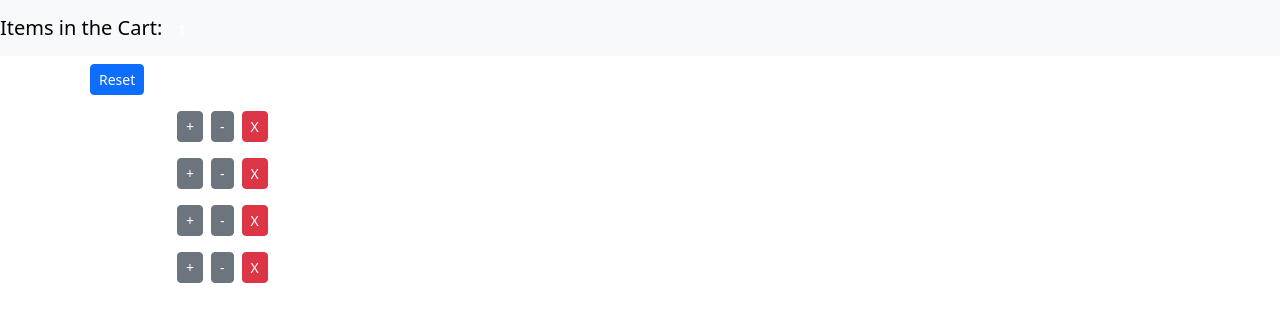
Repository: Edes2128/MovieTable-pagination-filter-sorting-in-React
Page: /
An editor plug-in stored every save of this project. The page is shown before and after a run of saves, followed by the edit.
The browser window is 1280 px wide. The pictures show the whole page.
The project was rebuilt for these pictures with package versions that can differ from the ones it lists, and the page was loaded fresh each time. Also part of the build but not shown: src/App.css.

Above is the page before, as saved 2020-06-16 00:15:55.

### public/index.html
<!DOCTYPE html>
<html lang="en">
  <head>
    <meta charset="utf-8" />
    <link rel="icon" href="%PUBLIC_URL%/favicon.ico" />
    <meta name="viewport" content="width=device-width, initial-scale=1" />
    <meta name="theme-color" content="#000000" />
    <meta
      name="description"
      content="Web site created using create-react-app"
    />
    <link rel="apple-touch-icon" href="%PUBLIC_URL%/logo192.png" />

    <link rel="manifest" href="%PUBLIC_URL%/manifest.json" />

    <title>React App</title>
  </head>
  <body>
    <noscript>You need to enable JavaScript to run this app.</noscript>
    <div id="root"></div>
</html>

### src/index.js
import React from 'react';
import ReactDOM from 'react-dom';
import './index.css';
import 'bootstrap/dist/css/bootstrap.css';
import App from './App'
import 'font-awesome/css/font-awesome.css'
//

ReactDOM.render(
  <React.StrictMode>
    <App />
  </React.StrictMode>,
  document.getElementById('root')
);

### src/App.js
import React , {Component,Fragment}from 'react';
import './App.css';
//import Movies from './components/movies';
import Counters from './components/counters'
import Navbar from './components/navbar';

class App extends Component {

  state = {
    counters: [
        {id:1,value:4},
        {id:2,value:0},
        {id:3,value:0},
        {id:4,value:0}
    ]
 }


 handleDelete = (counterID) =>{
      const counters = this.state.counters.filter(c => c.id !== counterID);
      this.setState({counters})
 }

 handleReset =() =>{
      const counters = this.state.counters.map(c => {
            c.value = 0;
            return c;
        });
        this.setState({counters})
 };

 handleIncrement = counter => {

        const counters = [...this.state.counters];
        const index = counters.indexOf(counter);
        counters[index] = {...counter};
        counters[index].value++;
        this.setState({counters})
 }

 handleDecrement = counter => {

  const counters = [...this.state.counters];
  const index = counters.indexOf(counter);
  counters[index] = {...counter};
  counters[index].value--;
  this.setState({counters})
}


  render (){

    return (

    <Fragment>
    <Navbar totalCounters={this.state.counters.filter(c => c.value > 0).length} />
      <main className="container">
          <Counters onReset={this.handleReset} onIncrement={this.handleIncrement} onDecrement={this.handleDecrement} onDelete={this.handleDelete} counters={this.state.counters} />
      </main>
      </Fragment>
  );
  }
}
export default App;

### src/components/counters.jsx
import React, { Component } from 'react'
import Counter from './counter'

class Counters extends Component {

    render() {
            const {onReset,counters,onIncrement,onDelete,onDecrement} = this.props;

        return (
            <div>
            <button onClick={onReset} className="btn btn-primary btn-sm m-2">Reset</button>
                {counters.map(counter => <Counter key={counter.id} onIncrement={onIncrement} onDecrement={onDecrement} onDelete={onDelete} counter={counter}></Counter>)}
            </div> );
    }
}
export default Counters;

### src/components/navbar.jsx
import React from 'react'

const Navbar = ({totalCounters}) => {

        return (
            <nav className="navbar navbar-light bg-light">
                    <a href="#" className="navbar-brand">
                    Items in the Cart: <span className="badge badge-pill badge-secondary">{totalCounters}</span>
                    </a>

            </nav>
         );
    }
export default Navbar;

### src/components/counter.jsx
import React, { Component } from 'react';

class Counter extends Component {

    render() {

        return (
            <div className="row">
                <div className="col-1">
                <span className={this.getBadgeClasses()}>{this.formatCount()}</span>
                </div>
                <div className="col">
                <button onClick={() => this.props.onIncrement(this.props.counter)} className="btn btn-secondary btn-sm">+</button>
                <button onClick={() => this.props.onDecrement(this.props.counter)} className="btn btn-secondary btn-sm m-2" disabled={this.props.co}>-</button>
                <button onClick={() => this.props.onDelete(this.props.counter.id)} className="btn btn-danger btn-sm">X</button>
                </div>
            </div>
            ) ;
    }
    getBadgeClasses() {
        let classes = "badge m-2 badge-";
        classes += (this.props.counter.value === 0) ? "warning" : "primary";
        return classes;
    }

    formatCount(){
        const {value} = this.props.counter;
        return value === 0 ? 'Zero' : value;
    }
}
export default Counter;

Loaded but not shown: src/index.css (common file)

After the next 5 saves:
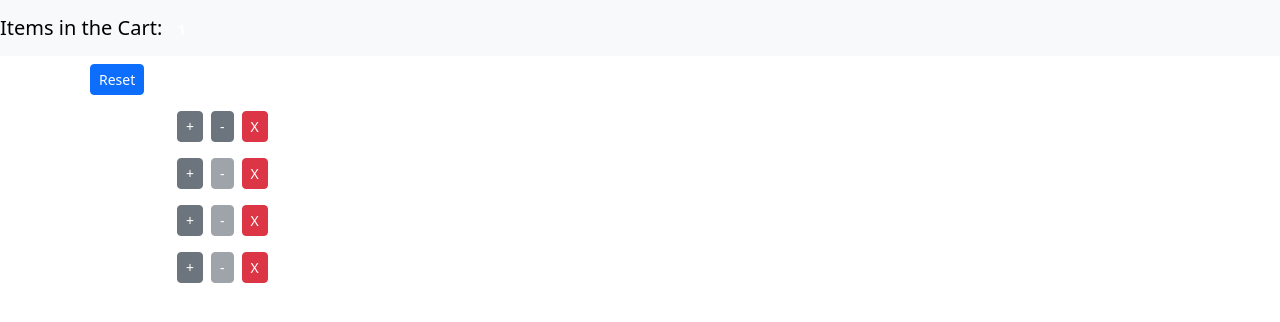
The 5 saves are shown as one change because 1 did not build or start and some came seconds apart.
The last was saved 16 s later.
--- a/src/components/counter.jsx
+++ b/src/components/counter.jsx
@@ -11,7 +11,7 @@ class Counter extends Component {
                 </div>
                 <div className="col">
                 <button onClick={() => this.props.onIncrement(this.props.counter)} className="btn btn-secondary btn-sm">+</button>
-                <button onClick={() => this.props.onDecrement(this.props.counter)} className="btn btn-secondary btn-sm m-2" disabled={this.props.co}>-</button>
+                <button onClick={() => this.props.onDecrement(this.props.counter)} className="btn btn-secondary btn-sm m-2" disabled={this.props.counter.value === 0 ? 'disabled' : ''}>-</button>
                 <button onClick={() => this.props.onDelete(this.props.counter.id)} className="btn btn-danger btn-sm">X</button>
                 </div>
             </div>
